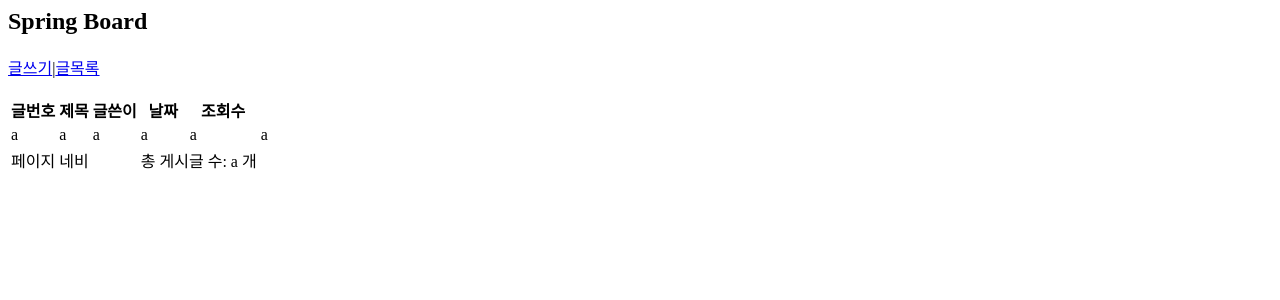
Repository: Jayking0215/myjava
Page: http://localhost/SpringWeb/WEB-INF/views/board/boardList.jsp
The author's editor kept a copy of each file at every save. The page is drawn from the files as they stood at one save, then again after the next save.
The browser window is 1280 px wide. The pictures show the whole page.
The page is served by Tomcat 9. Nobody is signed in. Other server files are loaded and not shown. The template is opened directly, without the code that normally fills it, so the values that code supplies are empty.

Above is the page before, as saved 2023-05-11 07:11:56.

### SpringWorkspace/SpringWeb/src/main/webapp/WEB-INF/views/board/boardList.jsp
<%@ page language="java" contentType="text/html; charset=UTF-8"
    pageEncoding="UTF-8"%>
<div class="row my-3">
	<div class="col-12 text-center">
		<h2>Spring Board</h2>
		<p>
			<a href="write">글쓰기</a>|<a href="list">글목록</a>
		</p>
	</div>
</div>
<div class="row">
	<div class="col-10 offset-1">
		<table class="table table-condensed table-striped">
			<thead>
				<th>글번호</th>
				<th>제목</th>
				<th>글쓴이</th>
				<th>날짜</th>
				<th>조회수</th>
			</thead>
			<tbody>
			<!-- ------------------------------------ -->
			<tr>
				<td>a</td>
				<td>a</td>
				<td>a</td>
				<td>a</td>
				<td>a</td>
				<td>a</td>
			</tr>
			<!-- ------------------------------------ -->
			</tbody>
			<tfoot>
				<tr>
					<td colspan="3">페이지 네비</td>
					<td colspan="2">
						총 게시글 수: <span>a 개</span><br>
					</td>
				</tr>
			</tfoot>
		</table>
	</div>
</div>

After the next save:
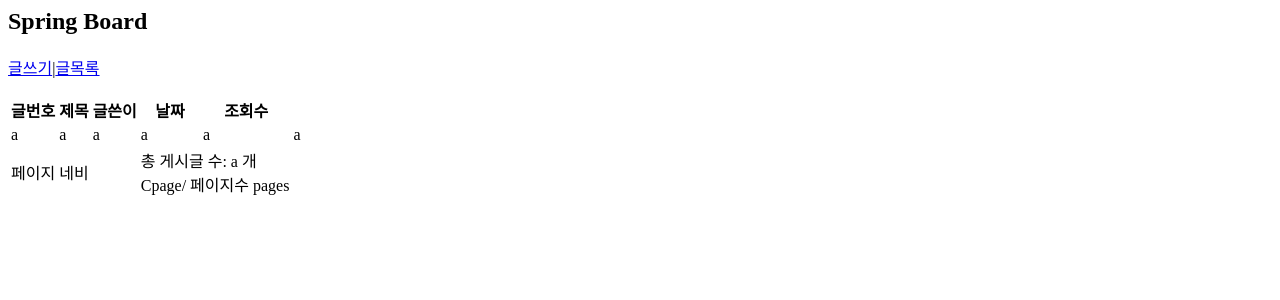
Saved 55 s later.
--- a/SpringWorkspace/SpringWeb/src/main/webapp/WEB-INF/views/board/boardList.jsp
+++ b/SpringWorkspace/SpringWeb/src/main/webapp/WEB-INF/views/board/boardList.jsp
@@ -34,7 +34,8 @@
 				<tr>
 					<td colspan="3">페이지 네비</td>
 					<td colspan="2">
-						총 게시글 수: <span>a 개</span><br>
+						총 게시글 수: <span class="text-primary">a 개</span><br>
+						<span>Cpage</span>/ 페이지수 pages
 					</td>
 				</tr>
 			</tfoot>
